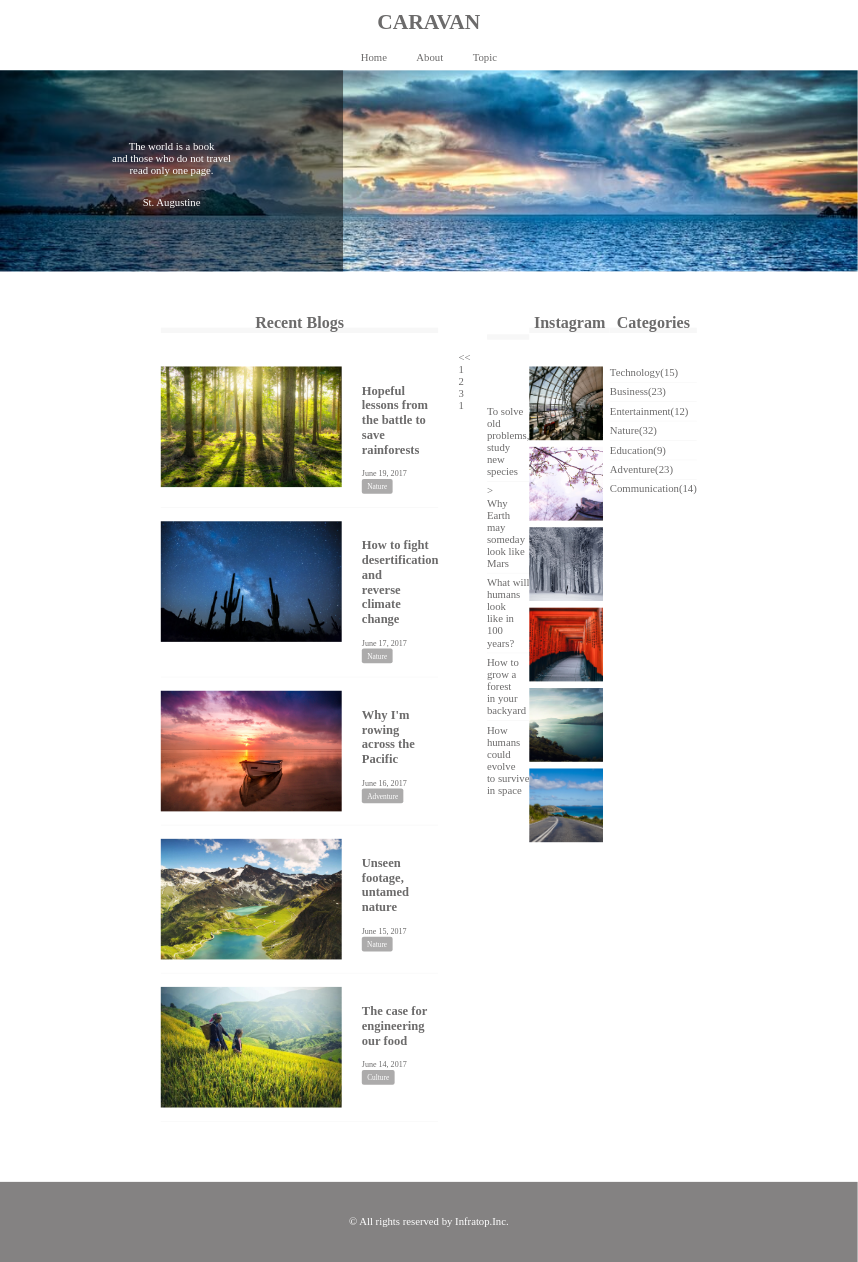
Repository: macchi-ro/-1
Page: caravan/index.html
The author's editor kept a record of every edit. The page is drawn from the files as they stood at one moment, then again after the next edit.
The browser window is 1280 px wide. The pictures show the whole page, at 67% of full size.

Above is the page before.

### caravan/index.html
<!DOCTYPE html>
<html lang="ja">
  <head>
    <meta charset="UTF-8" />
    <!-- CSSファイルの読み込み -->
    <link rel="stylesheet" href="style.css" />
    <title>CARAVAN</title>
  </head>

  <body>
    <!-- header -->
    <header>
      <h1 class="heading">
        <a href="index.html">
          CARAVAN
        </a>
      </h1>
    </header>

    <!-- navigation -->
    <nav>
      <ul class="nav-list">
        <li class="nav-list-item">
          <a href="index.html">Home</a>
        </li>
        <li class="nav-list-item">About</li>
        <li class="nav-list-item">Topic</li>
      </ul>
    </nav>

    <!-- main-visual用のdiv -->
    <div class="main-visual">
      <div class="main-visual-content">
        <p class="main-visual-text">
          The world is a book<br>
          and those who do not travel<br>
          read only one page.
        </p>
        <p class="main-visual-name">
          St. Augustine
        </p>
      </div>
    </div>

    <!-- main用のdiv -->
    <main>
      <section class="blog">
        <h2 class="blog-heading">Recent Blogs</h2>

        <div class="blog-box">
          <div class="blog-item">
            <img class="blog-image" src="img/forest.jpg" />
            <section class="blog-text">
              <h3 class="blog-text-heading">
                <a href="single.html">
                  Hopeful lessons from<br>
                  the battle to save<br>
                  rainforests
                </a>
              </h3>
              <p class="blog-date">June 19, 2017</p>
              <span class="category">Nature</span>
            </section>
          </div>
          <div class="blog-item">
            <img class="blog-image" src="img/desert.jpg" />
            <section class="blog-text">
              <h3 class="blog-text-heading">
                <a href="single.html">
                  How to fight<br>
                  desertification and<br>
                  reverse climate change
                </a>
              </h3>
              <p class="blog-date">June 17, 2017</p>
              <span class="category">Nature</span>
            </section>
          </div>
          <div class="blog-item">
            <img class="blog-image" src="img/sunset.jpg" />
            <section class="blog-text">
              <h3 class="blog-text-heading">
                <a href="single.html">
                  Why I'm rowing<br>
                  across the Pacific
                </a>
              </h3>
              <p class="blog-date">June 16, 2017</p>
              <span class="category">Adventure</span>
            </section>
          </div>
          <div class="blog-item">
            <img class="blog-image" src="img/italy.jpg" />
            <section class="blog-text">
              <h3 class="blog-text-heading">
                <a href="single.html">
                  Unseen footage,<br>
                  untamed nature
                </a>
              </h3>
              <p class="blog-date">June 15, 2017</p>
              <span class="category">Nature</span>
            </section>
          </div>
          <div class="blog-item">
            <img class="blog-image" src="img/asia.jpg" />
            <section class="blog-text">
              <h3 class="blog-text-heading">
                <a href="single.html">
                  The case for<br>
                  engineering our food
                </a>
              </h3>
              <p class="blog-date">June 14, 2017</p>
              <span class="category">Culture</span>
            </section>
          </div>
        </div>      </section>
      <div class="pagination">
        <p><<</p>
        <p>1</p>
        <p>2</p>
        <p>3</p>
        <p>1</p>

      </div>
      <div class="sidebar"></div>
      　<section class="popular">
      　  <h2 class="popular-heading common-heading"Popular></h2>
      　 <div class="sidebar-contents">
      　   <p class="popular-text">To solve old problems,<br>study new species</p>>
          <p class="popular-text">Why Earth may someday<br>look like Mars</p>
          <p class="popular-text">What will humans look<br>like in 100 years?</p>
          <p class="popular-text">How to grow a forest<br>in your backyard</p>
          <p class="popular-text">How humans could evolve<br>to survive in space</p>
      　 </div>
      　</section>
        <selection class="instagram">
          <h2 class="instagram-heading common-heading">Instagram</h2>
          <div class="sidebar-contents">
            <div class="instagram-box"></div>
            <div class="instagram-box"></div>
            <div class="instagram-box"></div>
            <div class="instagram-box"></div>
            <div class="instagram-box"></div>
            <div class="instagram-box"></div>
          </div>
        </selection>
        <section class="categories">
          <h2 class="categories-heading common-heading">Categories</h2>
          <div class="sidebar-contents">
            <p class="categories-text">Technology(15)</p>
            <p class="categories-text">Business(23)</p>
            <p class="categories-text">Entertainment(12)</p>
            <p class="categories-text">Nature(32)</p>
            <p class="categories-text">Education(9)</p>
            <p class="categories-text">Adventure(23)</p>
            <p class="categories-text">Communication(14)</p>
          </div>
        </section>
      </div>
    </main>

    <!-- footer -->
    <footer>
      <p class="footer-text">© All rights reserved by Infratop.Inc.</p>
    </footer>
  </body>
</html>

### caravan/style.css
/* ブラウザがそれぞれ持っているCSSをリセットするための記述 */
* {
  margin: 0;
  padding: 0;
  box-sizing: border-box;
  color: #6c6b6b;
}

a {
  text-decoration: none;
}

header {
  width: 90%; /* 横幅90% */
  padding: 15px 0;
  margin: 0 auto;
  text-align: center;
}

header .heading {
  /* headerタグ内のheadingクラスにのみ反映される */
  font-size: 32px;
}

.nav-list {
  text-align: center;
  padding: 10px 0;
  margin: 0 auto;
}

.nav-list-item {
  list-style: none;
  display: inline-block;
  margin: 0 20px;
}

.main-visual {
  width: 100%; /* 横幅いっぱい */
  height: 300px; /* 高さ300px */
  background-image: url(img/mv.jpg);
  background-size: cover; /* 縦横比を維持したまま背景領域を埋め尽くす */
  background-position: center; /* 背景画像を中央に配置 */
}

.main-visual-content {
  width: 40%; /* 横幅40% */
  height: 300px; /* 親の高さに揃える */
  background-color: rgba(0, 0, 0, 0.5); /* 背景色を半透明の黒にする */
  text-align: center; /* 文字を中央揃えにする */
  padding-top: 105px; /* 上側の内側余白で垂直方向の位置を調整 */
}

.main-visual-text {
  color: #fff; /* 文字色を白に変更 */
}

.main-visual-name {
  margin-top: 30px; /* 上側の外側の余白 */
  color: #fff; /* 文字色を白に変更 */
}

main {
  width: 800px; /* 横幅800px */
  display: flex; /* Flexboxの利用 */
  justify-content: center; /* 要素の横並び・中央寄せ */
  margin: 0 auto; /* 要素の中央揃え */
  padding: 70px 0; /* 上下に70px、左右に0pxの内側余白 */
}

.blog {
  width: 540px;
  margin-right: 30px; /* 領域の右側余白 */
}

.blog-heading {
  border-bottom: 8px solid #f7f7f7;
  text-align: center;
  line-height: 0.6;
}

.blog-box {
  padding-top: 50px;
}

.blog-item {
  padding-bottom: 20px;
  margin-bottom: 20px;
  border-bottom: 1px solid #f7f7f7;
  display: flex;
  justify-content: flex-start;
}

.blog-image {
  height: 180px;
}

.blog-text {
  padding: 25px 0 0 30px;
}

.blog-text-heading {
  padding-bottom: 15px;
}

.blog-date {
  font-size: 12px;
  display: inline-block;
}

.category {
  display: inline-block;
  padding: 5px 8px;
  background-color: #acabab;
  border-radius: 3px;
  color: #fff;
  font-size: 11px;
}

.pagination {
  text-aligen: center;
  padding-top: 50px;
}

.pagination p {

}
.sidebar {
  width: 230px;
}

.common-heading {
  border-bottom: 8px solid #f7f7f7;
  text-align: center;
  line-height: 0.6;
}

.sidebar-contents {
  padding: 50px 0;
}

.popular-text,
.categories-text {
  padding-bottom: 5px;
  border-bottom: 1px solid #f7f7f7;
  margin-bottom: 5px;
}

.popular-text:last-child,
.categories-text:last-child {
  margin: 0;
  padding: 0;
  border: none;
}

.instagram .sidebar-contents {
  display: flex;
  flex-wrap: wrap;
}

.instagram-box {
  width: 110px;
  padding-top: 110px;
  background-size: cover;
  background-position: center;
  margin-bottom: 10px;
}

.instagram-box:nth-child(odd) {
  margin: 0 10px 10px 0;
}

.instagram-box:nth-child(1) {
  background-image: url(img/airport.jpg);
}

.instagram-box:nth-child(2) {
  background-image: url(img/japan.jpg);
}

.instagram-box:nth-child(3) {
  background-image: url(img/snow.jpg);
}

.instagram-box:nth-child(4) {
  background-image: url(img/japan2.jpg);
}

.instagram-box:nth-child(5) {
  background-image: url(img/lake.jpg);
}

.instagram-box:nth-child(6) {
  background-image: url(img/road.jpg);
}
footer {
  width: 100%;
  height: 120px;
  text-align: center;
  line-height: 120px;
  background-color: #848282;
}

.footer-text {
  color: #fff;
}

After the next edit:
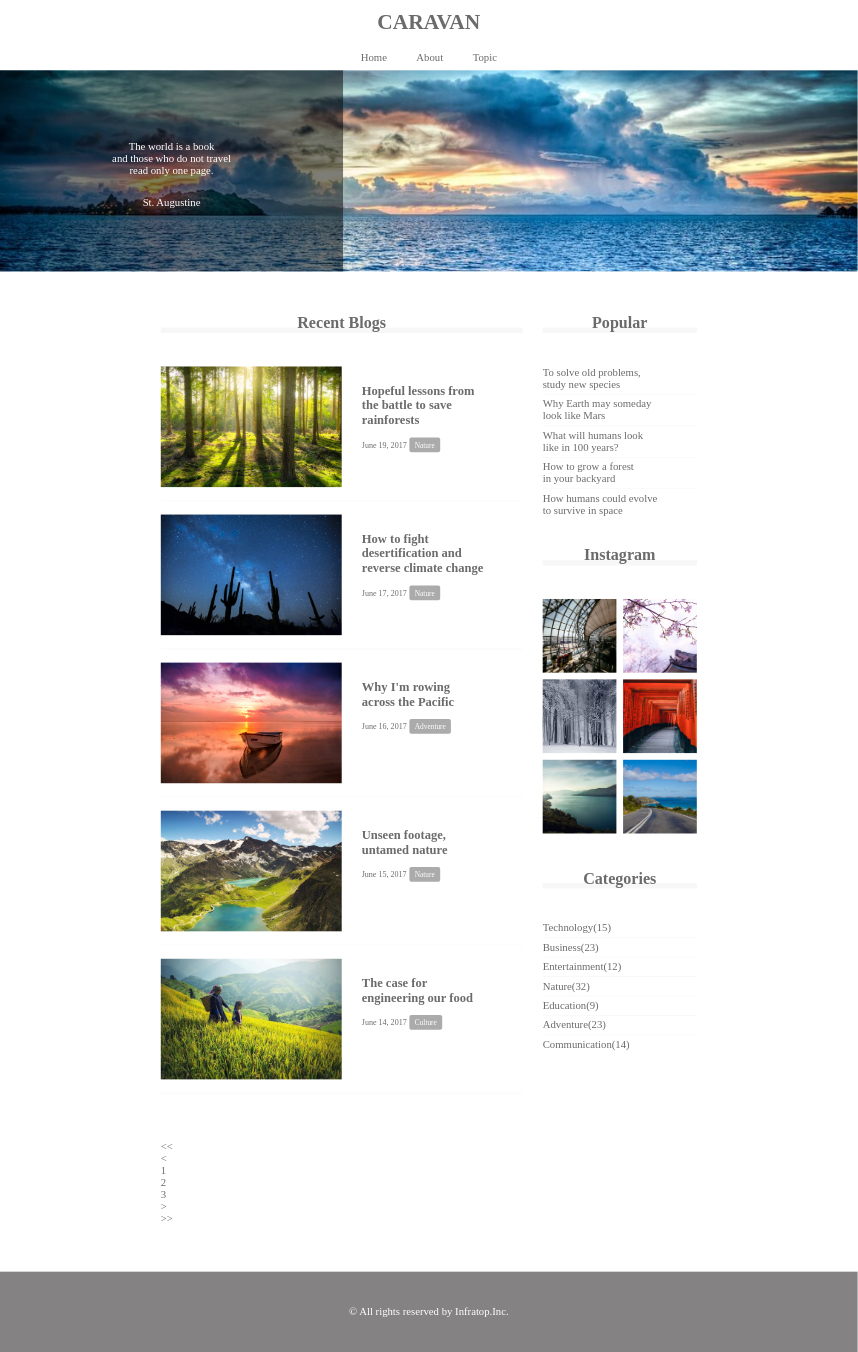
The edit:
--- a/caravan/index.html
+++ b/caravan/index.html
@@ -5,6 +5,8 @@
     <!-- CSSファイルの読み込み -->
     <link rel="stylesheet" href="style.css" />
     <title>CARAVAN</title>
+
+    <div class="social"></div>
   </head>
 
   <body>
@@ -32,8 +34,8 @@
     <div class="main-visual">
       <div class="main-visual-content">
         <p class="main-visual-text">
-          The world is a book<br>
-          and those who do not travel<br>
+          The world is a book<br />
+          and those who do not travel<br />
           read only one page.
         </p>
         <p class="main-visual-name">
@@ -46,15 +48,14 @@
     <main>
       <section class="blog">
         <h2 class="blog-heading">Recent Blogs</h2>
-
         <div class="blog-box">
           <div class="blog-item">
             <img class="blog-image" src="img/forest.jpg" />
             <section class="blog-text">
               <h3 class="blog-text-heading">
                 <a href="single.html">
-                  Hopeful lessons from<br>
-                  the battle to save<br>
+                  Hopeful lessons from<br />
+                  the battle to save<br />
                   rainforests
                 </a>
               </h3>
@@ -67,8 +68,8 @@
             <section class="blog-text">
               <h3 class="blog-text-heading">
                 <a href="single.html">
-                  How to fight<br>
-                  desertification and<br>
+                  How to fight<br />
+                  desertification and<br />
                   reverse climate change
                 </a>
               </h3>
@@ -81,7 +82,7 @@
             <section class="blog-text">
               <h3 class="blog-text-heading">
                 <a href="single.html">
-                  Why I'm rowing<br>
+                  Why I'm rowing<br />
                   across the Pacific
                 </a>
               </h3>
@@ -94,7 +95,7 @@
             <section class="blog-text">
               <h3 class="blog-text-heading">
                 <a href="single.html">
-                  Unseen footage,<br>
+                  Unseen footage,<br />
                   untamed nature
                 </a>
               </h3>
@@ -107,7 +108,7 @@
             <section class="blog-text">
               <h3 class="blog-text-heading">
                 <a href="single.html">
-                  The case for<br>
+                  The case for<br />
                   engineering our food
                 </a>
               </h3>
@@ -115,27 +116,39 @@
               <span class="category">Culture</span>
             </section>
           </div>
-        </div>      </section>
-      <div class="pagination">
-        <p><<</p>
-        <p>1</p>
-        <p>2</p>
-        <p>3</p>
-        <p>1</p>
-
-      </div>
-      <div class="sidebar"></div>
-      　<section class="popular">
-      　  <h2 class="popular-heading common-heading"Popular></h2>
-      　 <div class="sidebar-contents">
-      　   <p class="popular-text">To solve old problems,<br>study new species</p>>
-          <p class="popular-text">Why Earth may someday<br>look like Mars</p>
-          <p class="popular-text">What will humans look<br>like in 100 years?</p>
-          <p class="popular-text">How to grow a forest<br>in your backyard</p>
-          <p class="popular-text">How humans could evolve<br>to survive in space</p>
-      　 </div>
-      　</section>
-        <selection class="instagram">
+        </div>
+        <div class="pagination">
+          <p><<</p>
+          <p><</p>
+          <p>1</p>
+          <p>2</p>
+          <p>3</p>
+          <p>></p>
+          <p>>></p>
+        </div>
+      </section>
+      <div class="sidebar">
+        <section class="popular">
+          <h2 class="popular-heading common-heading">Popular</h2>
+          <div class="sidebar-contents">
+            <p class="popular-text">
+              To solve old problems,<br />study new species
+            </p>
+            <p class="popular-text">
+              Why Earth may someday<br />look like Mars
+            </p>
+            <p class="popular-text">
+              What will humans look<br />like in 100 years?
+            </p>
+            <p class="popular-text">
+              How to grow a forest<br />in your backyard
+            </p>
+            <p class="popular-text">
+              How humans could evolve<br />to survive in space
+            </p>
+          </div>
+        </section>
+        <section class="instagram">
           <h2 class="instagram-heading common-heading">Instagram</h2>
           <div class="sidebar-contents">
             <div class="instagram-box"></div>
@@ -145,7 +158,7 @@
             <div class="instagram-box"></div>
             <div class="instagram-box"></div>
           </div>
-        </selection>
+        </section>
         <section class="categories">
           <h2 class="categories-heading common-heading">Categories</h2>
           <div class="sidebar-contents">
